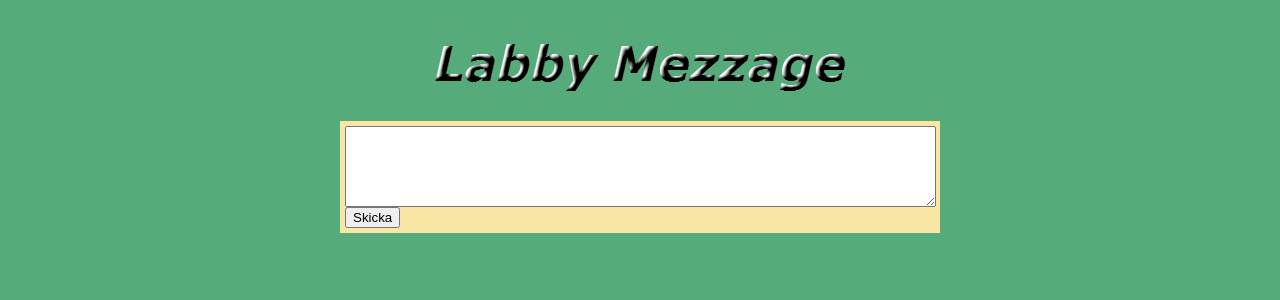
Repository: jc222fi/1dv403-laborationer
Page: 2-labbymezzage/index.html
The author's editor kept a record of every edit. The page is drawn from the files as they stood at one moment, then again after the next edit.
The browser window is 1280 px wide. The pictures show the whole page.

Above is the page before.
Console error: TypeError: document.getElementByTagName is not a function

After the next edit:
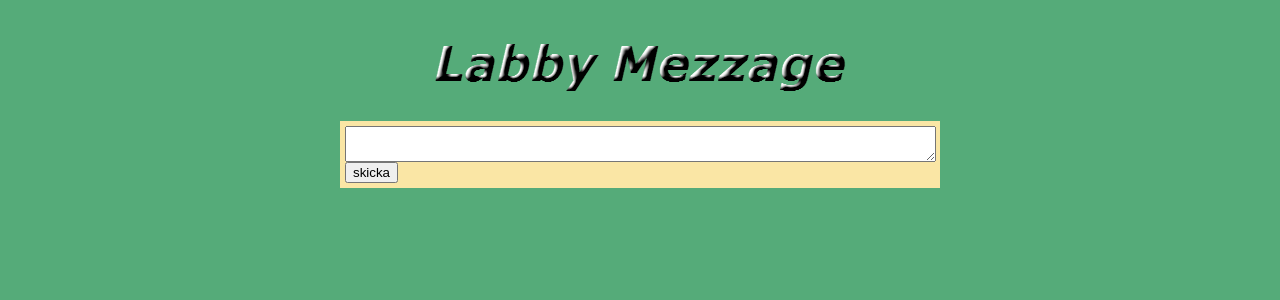
The edit:
--- a/2-labbymezzage/index.html
+++ b/2-labbymezzage/index.html
@@ -12,9 +12,8 @@
             </div>
             <div class="content">
                 <div id="messages"></div>
-                <textarea class="textruta" name="meddelande" rows="5">
-                </textarea>
-                <input id="skickaknapp" type="submit" value="Skicka" />
+                <textarea id="textruta"></textarea>
+                <button id="skickaknapp">skicka</button>
             </div>
         </div>
         <script src="Message.js"></script>
